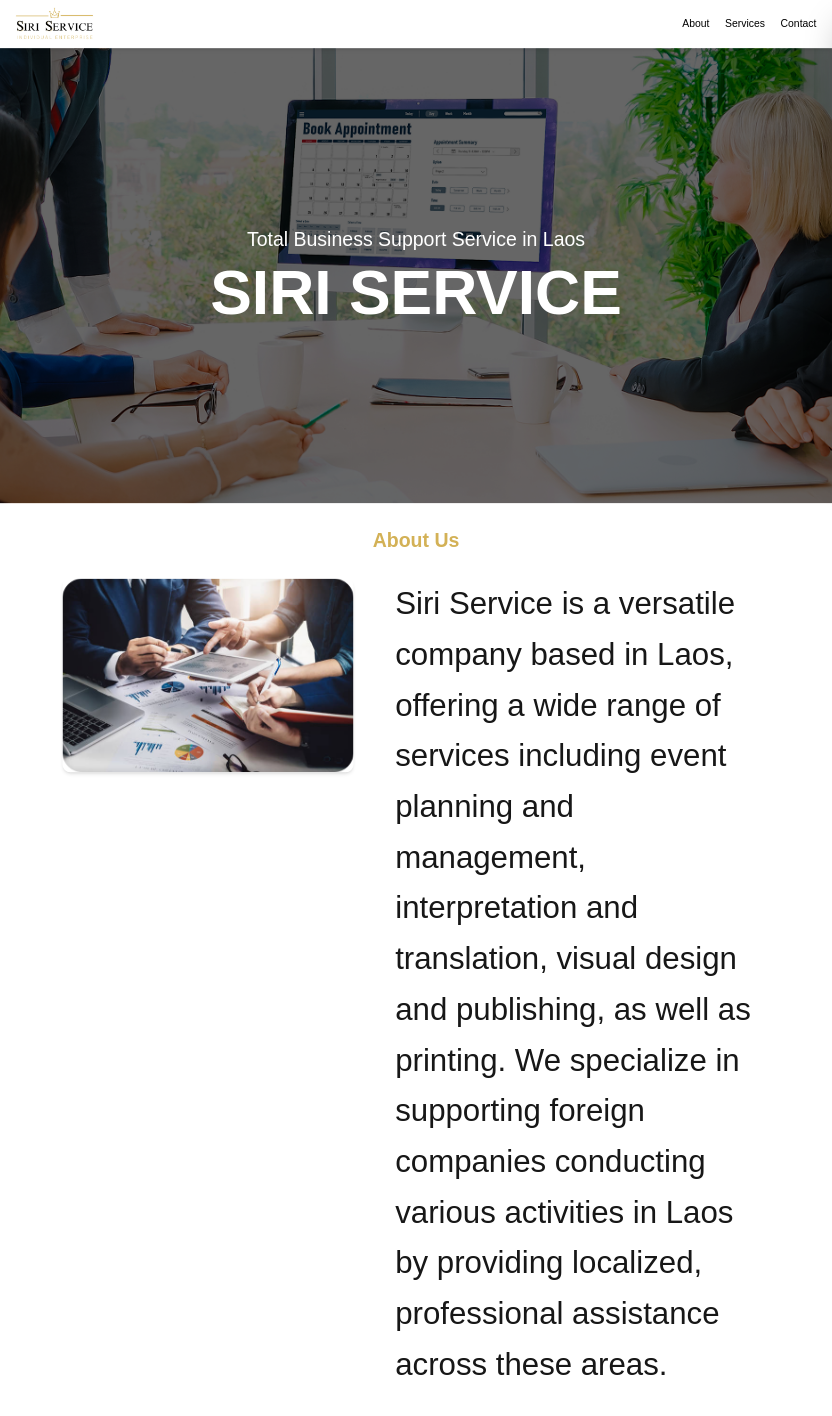
Repository: Phailin-teamplate/siri-service-web
Page: /
The author's editor kept a copy of each file at every save. The page is drawn from the files as they stood at one save, then again after the next save.
The browser window is 1280 px wide. The pictures show the whole page, at 65% of full size.
The project was rebuilt for these pictures with package versions that can differ from the ones it lists, and the page was loaded fresh each time. The framework's server and built-in components were replaced by stand-ins that run in the browser. Also part of the build but not shown: next.config.ts.

Above is the page before, as saved 2025-07-02 14:23:28.

### src/app/layout.tsx
"use client";

import React, { useState, useEffect } from "react";
import { ArrowUpIcon } from "@heroicons/react/24/solid"; // Importing the arrow icon
// import { Geist, Geist_Mono } from "next/font/google";
// import { Inter, Noto_Sans_Lao } from "next/font/google";
import "./globals.css";
import Navbar from "@/src/components/navbar";

// const inter = Inter({ subsets: ["latin"] });
// const notoSansLao = Noto_Sans_Lao({ subsets: ["lao"] });

// const geistSans = Geist({
//   variable: "--font-geist-sans",
//   subsets: ["latin"],
// });
// const geistMono = Geist_Mono({
//   variable: "--font-geist-mono",
//   subsets: ["latin"],
// });

export default function RootLayout({
  children,
}: Readonly<{
  children: React.ReactNode;
}>) {
  const [isVisible, setIsVisible] = useState(false);

  // Detect scroll position and show button when scrolling down
  const handleScroll = () => {
    if (window.scrollY > 300) {
      setIsVisible(true);
    } else {
      setIsVisible(false);
    }
  };

  useEffect(() => {
    window.addEventListener("scroll", handleScroll);
    return () => {
      window.removeEventListener("scroll", handleScroll);
    };
  }, []);

  const scrollToTop = () => {
    window.scrollTo({ top: 0, behavior: "smooth" });
  };

  return (
    <html lang="en">
      {/* <body
        className={`${geistSans.variable} ${geistMono.variable} ${inter.className}  ${notoSansLao.className} antialiased`}
      > */}
      <body className="bg-white">
        <Navbar />
        {children}
        {/* <Footer /> */}

        {/* Popup Button with Icon for Scrolling to Top */}
        {isVisible && (
          <button
            onClick={scrollToTop}
            className="fixed bottom-2 right-5 md:bottom-5 md:right-10 bg-blue-500 text-white p-2 md:p-4 rounded-full shadow-lg hover:bg-blue-600 focus:outline-none transition-transform transform hover:scale-110"
          >
            {/* Heroicon Arrow Up Icon */}
            <ArrowUpIcon className="h-5 w-5 md:h-6 md:w-6" />
          </button>
        )}
      </body>
    </html>
  );
}

### src/app/page.tsx
import React from "react";
import Homepage from "@/src/components/Homepage";
import About from "@/src/components/About";

export const metadata = {
  title: "About | TEAMPLATE",
  description:
    "Learn about TEAMPLATE — our story, mission, team, and values that drive our innovation.",
  keywords: ["teamplate", "about", "our story", "mission", "values", "team"],
  openGraph: {
    title: "About | TEAMPLATE",
    description:
      "Discover TEAMPLATE's story, mission, and the people behind our success.",
    url: "https://yourdomain.com/about",
    siteName: "TEAMPLATE",
    images: [
      {
        url: "https://yourdomain.com/images/about-og.jpg", // ✅ Replace with actual path
        width: 1200,
        height: 630,
        alt: "About TEAMPLATE",
      },
    ],
    locale: "en_US",
    type: "website",
  },
};

export default function Home() {
  return (
    <section className="w-full" id="about">
      <Homepage/>
      <About/>
    </section>
  );
}

### src/components/navbar.tsx
import { useState, useCallback, useEffect } from "react";
import Image from "next/image";
import { Menu, X } from "lucide-react";
import Logo from "@/public/logo/Siri Service.png";

export default function Navbar() {
  const [isOpen, setIsOpen] = useState(false);

  // Function for smooth scrolling
  const handleSmoothScroll = useCallback((targetId: string) => {
    setIsOpen(false); // Close the sidebar

    if (targetId === "/") {
      window.scrollTo({ top: 0, behavior: "smooth" });
    } else {
      const targetElement = document.querySelector(targetId);
      if (targetElement) {
        targetElement.scrollIntoView({ behavior: "smooth" });
      }
    }
  }, []);

  const [isScrolled, setIsScrolled] = useState(false);

  // Detect scroll to change navbar background
  useEffect(() => {
    const handleScroll = () => {
      const scrollTop = window.scrollY;
      setIsScrolled(scrollTop > 10); // Trigger when scrolled 10px
    };

    window.addEventListener("scroll", handleScroll);

    return () => window.removeEventListener("scroll", handleScroll);
  }, []);

  return (
    <div className="w-full sticky top-0 z-50 bg-white shadow-md">
      <nav className="flex items-center justify-between px-6 py-3">
        {/* Logo */}
        <button
          onClick={() => handleSmoothScroll("/")}
          className="p-0 border-none bg-transparent active:opacity-80"
        >
          <Image
            className="w-20 sm:w-20 md:w-30 lg:w-30 xl:w-30 2xl:w-30 h-auto"
            src={Logo}
            alt="Appstore"
            priority
          />
        </button>

        {/* Desktop Links */}
        <div className="hidden md:flex gap-6">
          <button
            onClick={() => handleSmoothScroll("#about")}
            className="hover:text-blue-600 hover:underline transition-colors text-black duration-200 cursor-pointer"
          >
            About
          </button>
          <button
            onClick={() => handleSmoothScroll("#services")}
            className="hover:text-blue-600 hover:underline transition-colors text-black duration-200 cursor-pointer"
          >
            Services
          </button>
          <button
            onClick={() => handleSmoothScroll("#contact")}
            className="hover:text-blue-600 hover:underline transition-colors text-black duration-200 cursor-pointer"
          >
            Contact
          </button>
        </div>

        {/* Mobile Menu Button */}
        <button
          className="md:hidden focus:outline-none"
          onClick={() => setIsOpen(!isOpen)}
          aria-label="Toggle Menu"
        >
          {isOpen ? <X size={28} /> : <Menu size={28} />}
        </button>
      </nav>

      {/* Overlay (Closes menu when clicked) */}
      {isOpen && (
        <div
          className="fixed inset-0 z-40"
          onClick={() => setIsOpen(false)}
        ></div>
      )}

      {/* Mobile Sidebar */}
      <div
        className={`fixed top-0 right-0 h-full w-64 bg-white shadow-2xl p-6 flex flex-col transition-transform ${
          isOpen ? "translate-x-0" : "translate-x-full"
        } duration-300 ease-in-out z-50`}
      >
        {/* Sidebar Header */}
        <div className="flex justify-between items-center pb-4 mt-1">
          <h3 className="text-black text-2xl font-semibold">Menu</h3>
          <button
            className="text-black text-3xl font-bold focus:outline-none"
            onClick={() => setIsOpen(false)}
            aria-label="Close Menu"
          >
            <X size={28} />
          </button>
        </div>

        {/* Sidebar Links */}
        <div className="flex flex-col items-start gap-4 pb-4">
          <button
            onClick={() => handleSmoothScroll("#about")}
            className="hover:text-blue-600 hover:underline transition-colors duration-200 cursor-pointer"
          >
            About
          </button>
          <button
            onClick={() => handleSmoothScroll("#services")}
            className="hover:text-blue-600 hover:underline transition-colors duration-200 cursor-pointer"
          >
            Services
          </button>
          <button
            onClick={() => handleSmoothScroll("#contact")}
            className="hover:text-blue-600 hover:underline transition-colors duration-200 cursor-pointer"
          >
            Contact
          </button>
        </div>
      </div>
    </div>
  );
}

### src/components/Homepage.tsx
import Image from "next/image";
import BgSiri from "@/public/bg-siri.png";
import type { Metadata } from "next";

export const metadata: Metadata = {
  title: "SiriService | About Us",
  description: "We are a Laos-based IT startup aiming for the global market.",
};

export default function Homepage() {
  return (
    <div className="flex flex-col ">
      <div className="flex justify-center">
        <div className="relative w-full h-[400px] xs:h-[600px] sm:h-[650px] md:h-[700px] lg:h-[700px]">
          {/* Background Image */}
          <Image src={BgSiri} alt="StartUp" fill className="object-cover" />

          {/* Gradient Overlay */}
          <div className="absolute inset-0 bg-black/60 z-10" />

          {/* Centered Content */}
          <div className="absolute inset-0 z-20 flex flex-col items-center justify-center text-center px-4">
            <div className="mb-4 sm:mb-4">
              <p className="text-white text-sm xs:text-base sm:text-xl md:text-3xl font-medium">
                Total Business Support Service in Laos
              </p>
            </div>
            <h1 className="text-white text-4xl xs:text-5xl sm:text-6xl md:text-7xl lg:text-8xl font-bold">
              SIRI SERVICE
            </h1>
          </div>
        </div>
      </div>


    </div>
  );
}

### src/components/About.tsx
"use client";

import Image from "next/image";
import AboutSV from "@/public/About.png";
import type { Metadata } from "next";

export const metadata: Metadata = {
  title: "Teamplate",
  description: "We are a Laos-based IT startup aiming for the global market.",
};

export default function About() {
  return (
    <div className="w-full bg-white px-6 md:px-12 py-10" id="about">
      {/* Section Title */}
      <div className="text-center flex justify-center md:text-left mb-10">
        <h2 className="text-2xl md:text-3xl font-extrabold text-[#D3B156]">
          About Us
        </h2>
      </div>

      {/* Content: Image + Text */}
      <div className="flex flex-col md:flex-row items-start justify-center gap-10 md:gap-16">
        {/* Image */}
        <div className="w-full max-w-md rounded-xl overflow-hidden shadow-md">
          <Image
            src={AboutSV}
            alt="About"
            width={512}
            height={340}
            className="object-cover w-full h-auto rounded-xl"
            priority
          />
        </div>

        {/* Text */}
        <div className="w-full max-w-xl text-center md:text-left">

          <p className="text-3xl md:text-5xl font-medium leading-relaxed">
            Siri Service is a versatile company based in Laos, offering a wide range of
            services including event planning and management, interpretation and
            translation, visual design and publishing, as well as printing. We specialize
            in supporting foreign companies conducting various activities in Laos by
            providing localized, professional assistance across these areas.
          </p>
        </div>
      </div>
    </div>
  );
}

Loaded but not shown: src/app/globals.css (common file)

After the next save:
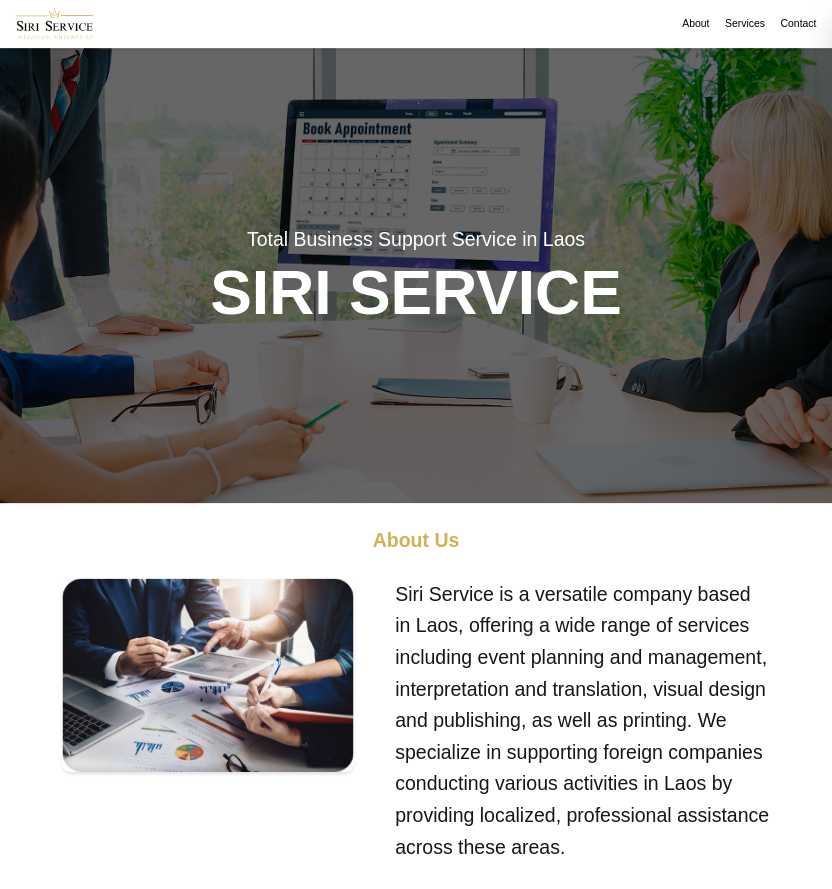
Saved 5 s later.
--- a/src/components/About.tsx
+++ b/src/components/About.tsx
@@ -36,7 +36,7 @@
         {/* Text */}
         <div className="w-full max-w-xl text-center md:text-left">
 
-          <p className="text-3xl md:text-5xl font-medium leading-relaxed">
+          <p className="text-3xl md:text-3xl font-medium leading-relaxed">
             Siri Service is a versatile company based in Laos, offering a wide range of
             services including event planning and management, interpretation and
             translation, visual design and publishing, as well as printing. We specialize
